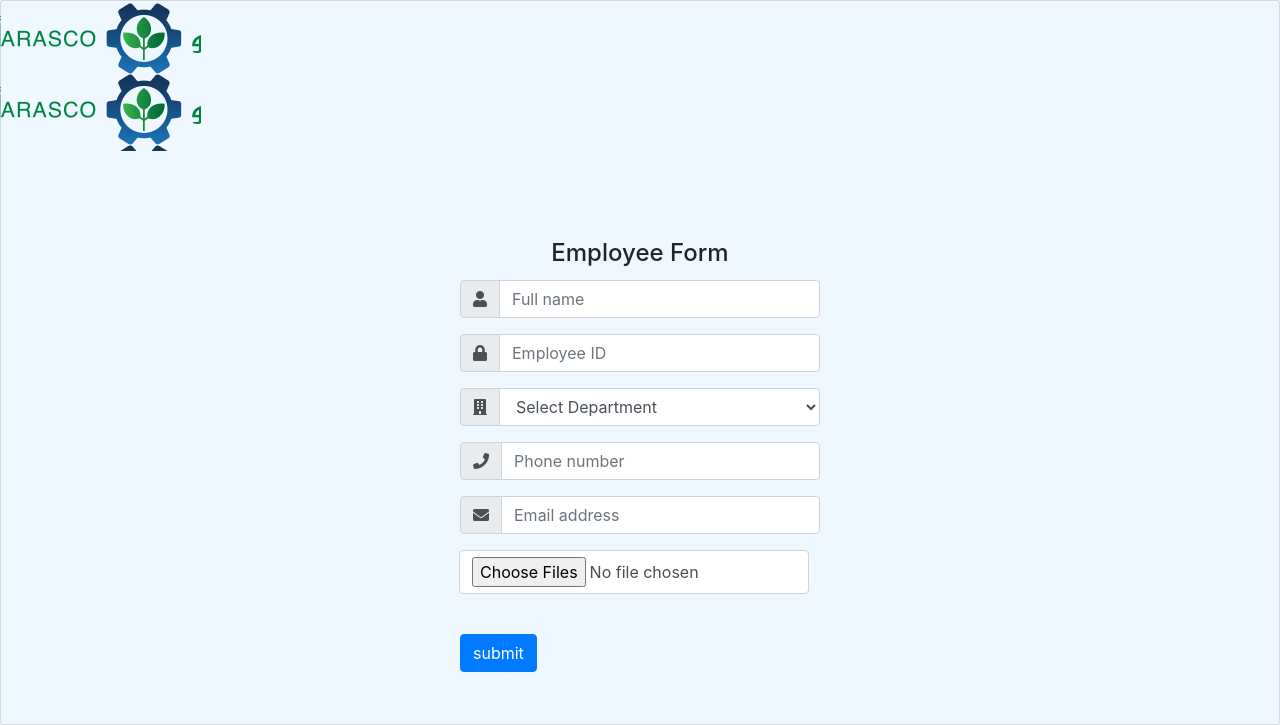
Repository: Abdulah68/ARASCO
Page: index.html
The author's editor kept a copy of each file at every save. The page is drawn from the files as they stood at one save, then again after a run of saves.
The browser window is 1280 px wide. The pictures show the whole page.
Some web libraries are served in a nearby version.

Above is the page before, as saved 2020-12-24 14:40:49.
Console error: TypeError: Cannot read properties of undefined (reading 'fn')

### index.html
<link href="//maxcdn.bootstrapcdn.com/bootstrap/4.0.0/css/bootstrap.min.css" rel="stylesheet" id="bootstrap-css">
<script src="//maxcdn.bootstrapcdn.com/bootstrap/4.0.0/js/bootstrap.min.js"></script>
<!------ Include the above in your HEAD tag ---------->
<link rel="stylesheet" href="https://use.fontawesome.com/releases/v5.0.8/css/all.css">
<head>
    <title>IARASCO</title>
    <link rel="stylesheet" href="style.css">
    <link rel = "icon" href = "Iamges/icon.png" />
  </head>
<body style="background-color: #F0F8FF !important" style="border-top: solid;">
<div class="card bg-light" style="background-color:#F0F8FF !important;">
    <head>
        <h1 class="logo">
        <a href="Iamges/ARASCO1.png" >ARASCO</a>
    </h1>
    </head>
<article class="card-body mx-auto" style="max-width: 400px;">
	<h4 class="card-title mt-3 text-center">Employee Form</h4>
	<form>
	<div class="form-group input-group">
		<div class="input-group-prepend">
		<span class="input-group-text"> <i class="fa fa-user"></i> </span>
		 </div>
        <input name="" class="form-control" placeholder="Full name" type="text">
    </div>

      <!-- form-group end.// -->
      <div class="form-group input-group">
    	<div class="input-group-prepend">
		<span class="input-group-text"> <i class="fa fa-lock"></i> </span>
		</div>
        <input class="form-control" placeholder="Employee ID " type="Employee ID">
    </div>

    <!-- form-group// -->
    <div class="form-group input-group">
     <div class="input-group-prepend">
     <span class="input-group-text"> <i class="fa fa-building"></i> </span>
      </div>
     <select class="form-control">
       <option selected=""> Select Department</option>
       <option>IT</option>
        <option>HR</option>
        <option>Srcurity</option>
      </select>
        </div>

     <!-- form-group// -->
    <div class="form-group input-group">
    	<div class="input-group-prepend">
		    <span class="input-group-text"> <i class="fa fa-phone"></i> </span>
        </div>
    	<input name="" class="form-control" placeholder="Phone number" type="text">
    </div>

     <!-- form-group// -->
    <div class="form-group input-group">
    	<div class="input-group-prepend">
		    <span class="input-group-text"> <i class="fa fa-envelope"></i> </span>
		 </div>
        <input name="" class="form-control" placeholder="Email address" type="email">
    </div>

     <!-- form-group// -->
    <div class="form-group input-group">
    	<div class="input-group-prepend">
    </div>

     <!-- form-group// -->
    <div class="mb-3">
        <input class="form-control" type="file" id="formFileMultiple" style="width:350px;" multiple><br/>
      </div>
      <!-- form-group// -->
    <div class="form-group">
        <button type="submit" class="btn btn-primary btn-block" style="text-align: center;"> submit  </button>
    </div>

</form>
</article>
</div> <!-- card.// -->

</div>
<!--container end.//-->
</body>

### style.css

.logo
{

    background: url(Iamges/ARASCO1.png);
    margin-top: 2px;
    margin-left: -572px;
    margin-right:1078px;
    margin-bottom: 52px;
    padding-bottom: 100px;


}

After the next 2 saves:
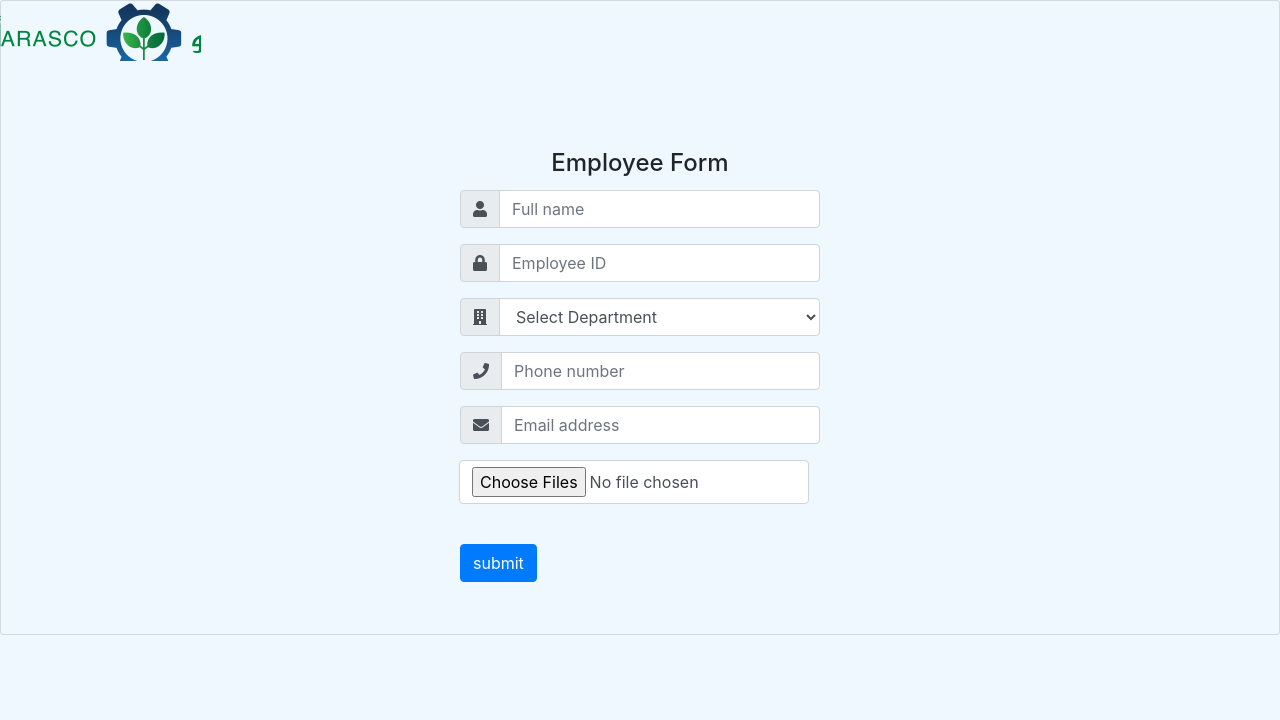
The 2 saves are shown as one change because they came seconds apart.
The last was saved 8 s later.
--- a/style.css
+++ b/style.css
@@ -7,7 +7,7 @@
     margin-left: -572px;
     margin-right:1078px;
     margin-bottom: 52px;
-    padding-bottom: 100px;
+    padding-bottom: 10px;
 
 
 }
